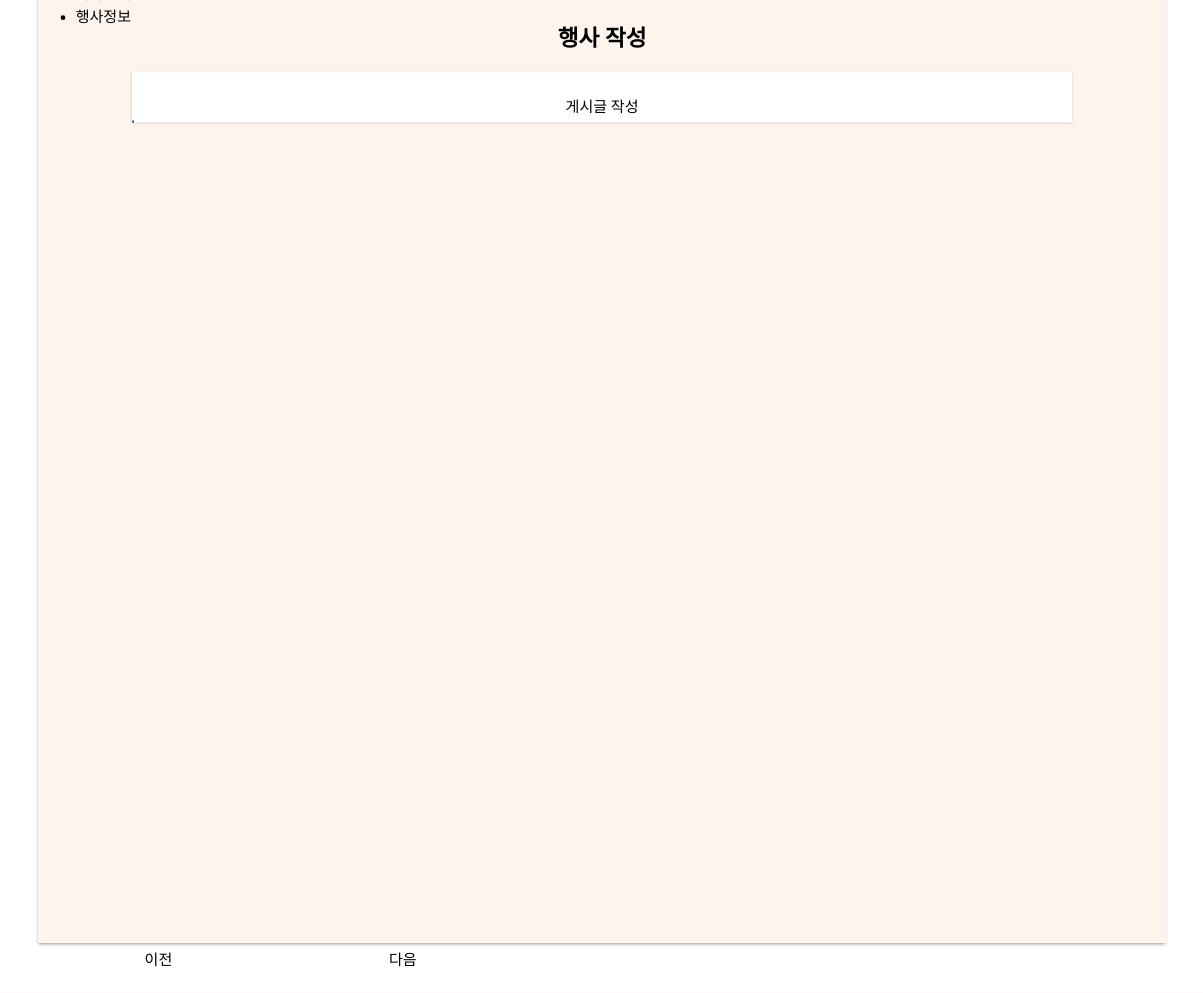
Repository: Changgyu1/Chang_Gu
Page: http://localhost/Project/EventPostingServlet
The author's editor kept a copy of each file at every save. The page is drawn from the files as they stood at one save, then again after the next save.
The browser window is 1280 px wide. The pictures show the whole page, at 94% of full size.
Some web fonts or font styles are not loaded; a fallback is used. The page is served by Tomcat 9. Queries for data that is not in the repository find no rows.

Above is the page before, as saved 2023-11-13 15:23:48.

After the next save:
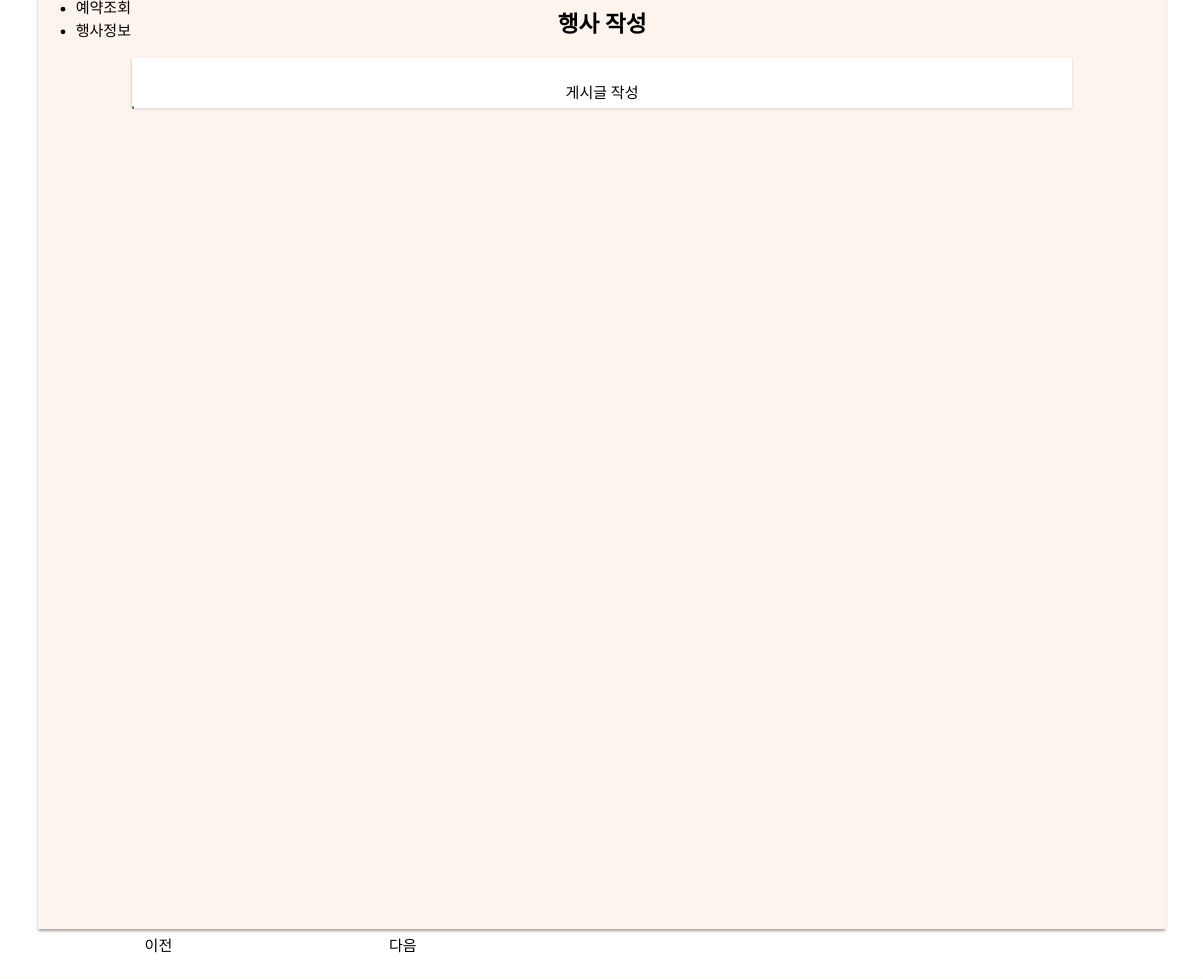
Saved 19 s later.
--- a/Project/src/main/webapp/css/event.css
+++ b/Project/src/main/webapp/css/event.css
@@ -63,7 +63,7 @@
         background-color:rgba(249, 220, 201, 0.326);
         width: 1200px;
         height: 1000px;
-        margin-top: 30px;
+
 
         box-shadow: 0px 2px 3px rgb(161, 160, 159);
         padding-top:10px;

After the save that followed:
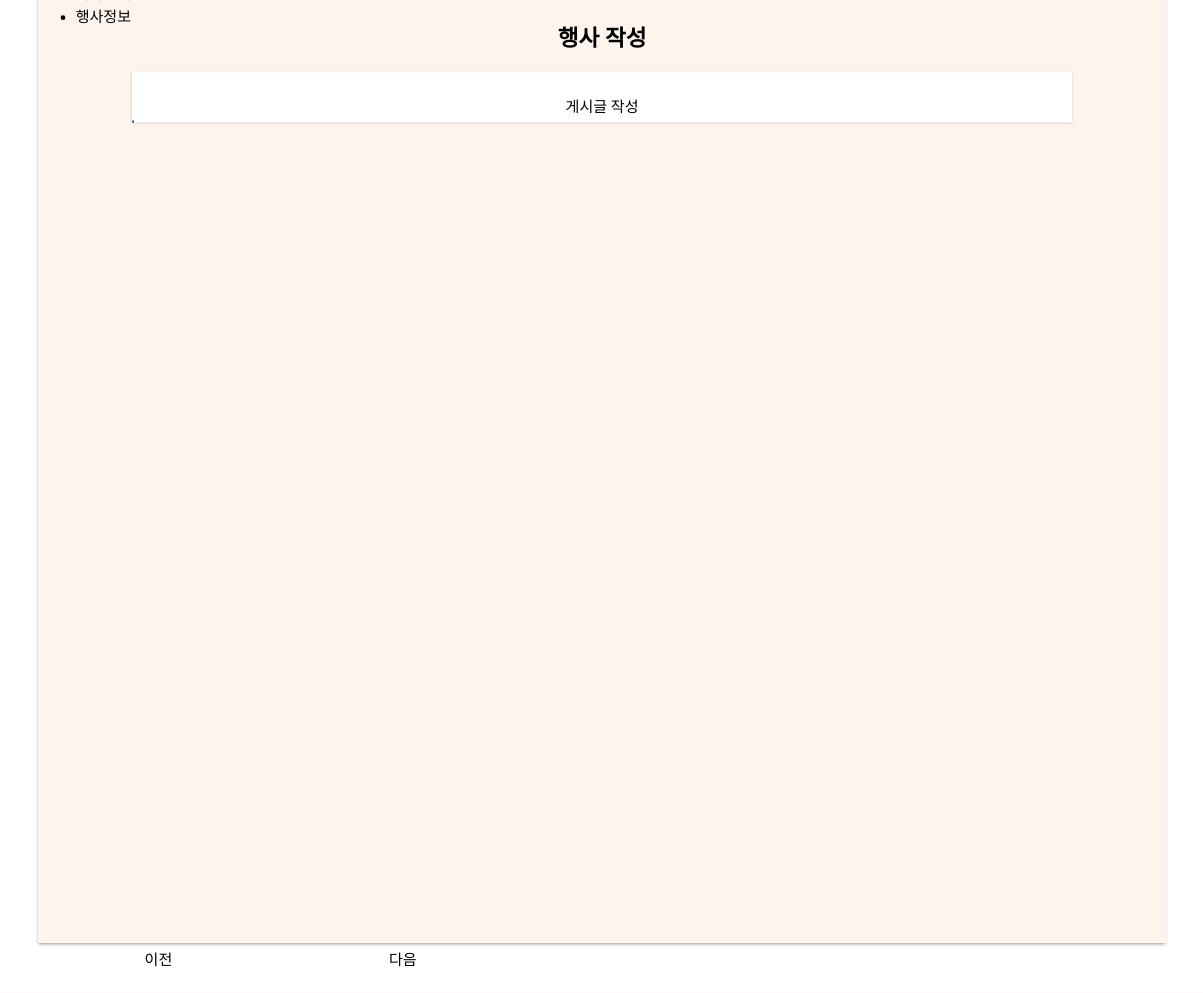
Saved 4 s later.
--- a/Project/src/main/webapp/css/event.css
+++ b/Project/src/main/webapp/css/event.css
@@ -63,7 +63,7 @@
         background-color:rgba(249, 220, 201, 0.326);
         width: 1200px;
         height: 1000px;
-
+        margin-top: 30px;
 
         box-shadow: 0px 2px 3px rgb(161, 160, 159);
         padding-top:10px;
